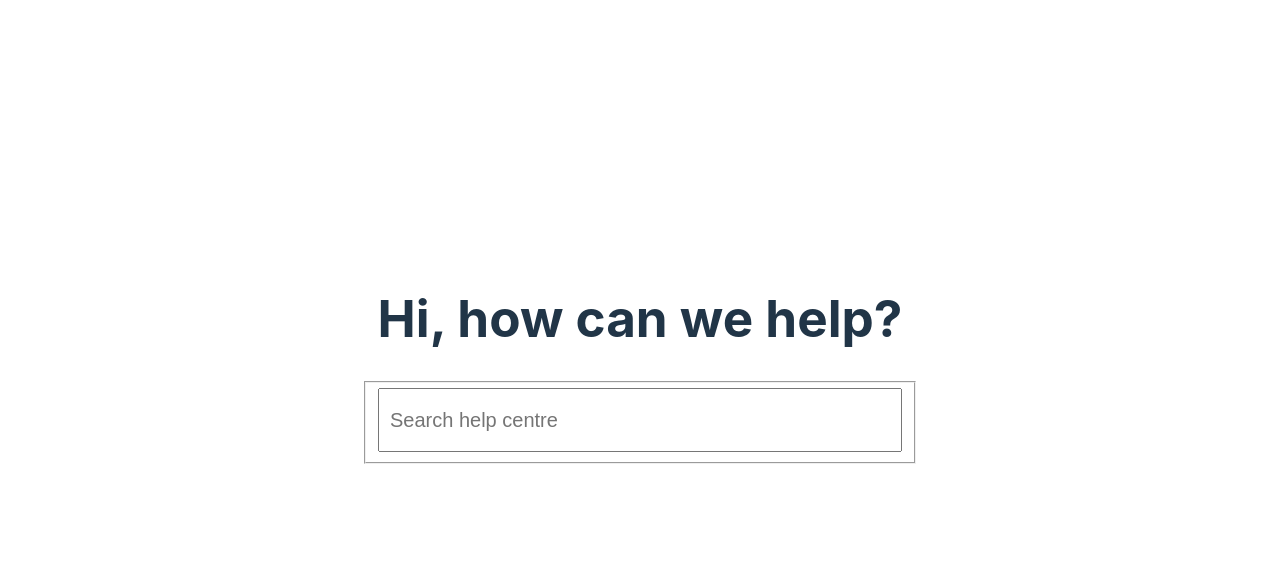
Repository: mukeshghodela-easternts/search-bar-component
Page: /
An editor plug-in stored every save of this project. The page is shown before and after the next save, followed by the edit.
The browser window is 1280 px wide. The pictures show the whole page.
The project was rebuilt for these pictures with package versions that can differ from the ones it lists, and the page was loaded fresh each time. Also part of the build but not shown: vite.config.ts.

Above is the page before, as saved 2023-03-22 14:51:37.

### src/main.tsx
import React from 'react'
import ReactDOM from 'react-dom/client'
import App from './App'
import './index.css'
import {
  createBrowserRouter,
  createRoutesFromElements,
  Route,
  RouterProvider,
} from "react-router-dom";

const router = createBrowserRouter(
  createRoutesFromElements(
    <Route path="/" element={<App />}>
      {/* <Route path="dashboard" element={<Dashboard />} /> */}
    </Route>
  )
);

ReactDOM.createRoot(document.getElementById('root') as HTMLElement).render(
  <React.StrictMode>
    <RouterProvider router={router} />
  </React.StrictMode>,
)

### src/App.tsx
import { useState } from 'react'
import reactLogo from './assets/react.svg'
import viteLogo from '/vite.svg'
import './App.css'
import SearchBar from './components/SearchBar'

function App() {
  const [count, setCount] = useState(0)

  return (
    <div className="App">
      <SearchBar/>
    </div>
  )
}

export default App

### src/App.css
#root {
  max-width: 1280px;
  margin: 0 auto;
  padding: 2rem;
  text-align: center;
}

.logo {
  height: 6em;
  padding: 1.5em;
  will-change: filter;
  transition: filter 300ms;
}
.logo:hover {
  filter: drop-shadow(0 0 2em #646cffaa);
}
.logo.react:hover {
  filter: drop-shadow(0 0 2em #61dafbaa);
}

@keyframes logo-spin {
  from {
    transform: rotate(0deg);
  }
  to {
    transform: rotate(360deg);
  }
}

@media (prefers-reduced-motion: no-preference) {
  a:nth-of-type(2) .logo {
    animation: logo-spin infinite 20s linear;
  }
}

.m-searchWidget input{
  width: 500px;
  height: 40px;
  padding: 10px 10px;
  font-size: 20px;
}

.card {
  padding: 2em;
}

.read-the-docs {
  color: #888;
}

### src/components/SearchBar.tsx
import { SetStateAction, useEffect, useState } from "react"
import questions from '../data/questions'
import { Link } from "react-router-dom";
interface searchRes {
  category: string
  question: string
  link: string
}

function SearchBar() {
    const [inputValue, setInputValue] = useState('')
    const [searchResults, setSearchResults] = useState<searchRes[]>([]);

    const handleInputChange = (event: { target: { value: SetStateAction<string>; }; }) => {
        setInputValue(event.target.value);
        const val = (event.target as HTMLInputElement).value
        if (val != '') {
            let filteredQuestions = questions.filter((obj) => obj?.question.toLowerCase().replace('and', '&').includes(val.toLowerCase().replace('and', '&')) || obj?.category.toLowerCase().replace('and', '&').includes(val.toLowerCase().replace('and', '&')))
            setSearchResults(filteredQuestions as searchRes[])
        } else {
            setSearchResults([])
        }
    };

    const searchItems = (): any => {
      return searchResults.map((el: any, index) => {
        const txtIndex = el.question.toLowerCase().indexOf(inputValue)
        const txtLenght = inputValue.length
        return (
            txtIndex >= 0 ?
            <div className="a-result-link" key={index}>
                <Link to={el.link}>
                    <span className="searchResult">{el.question.slice(0, txtIndex)}
                        <span className="boldText">
                            {el.question.slice(txtIndex,txtIndex + txtLenght)}
                        </span>
                        {el.question.slice(txtIndex + txtLenght)} -
                    </span>
                    <span className="searchCategory desktop-down">{el.category}</span>
                    <span className="searchCategory desktop-up">{el.category}</span>
                </Link>
            </div> :
            <div className="a-result-link" key={index}>
                <Link to={el.link}>
                    <span className="searchResult">{el.question} -</span>
                    <span className="searchCategory desktop-down"> {el.category}</span>
                    <span className="searchCategory desktop-up">{el.category}</span>`
                </Link>
            </div>
        )
      })
    };

    useEffect(() => {
        document.addEventListener('click', (e: any) => {
            if (!e.target.closest('.m-search-results') && !e.target.closest('.m-searchWidget')) {
                setSearchResults([])
            }
        })
    }, [])


    return (
        <div className="full-bleed">
            <div className="o-search-container">
                <h1 className="H1Bold38">Hi, how can we help?</h1>
                <fieldset className="m-searchWidget">
                    <input type="text" placeholder="Search help centre" value={inputValue} onChange={handleInputChange} />
                    <span className="a-searchIcon"></span>
                </fieldset>
                {searchItems().length > 0 && (
                    <div className="m-search-results">
                        <p className="a-result-title PBold14">Top article suggestions</p>
                        { searchItems().map((el: any) => el)    }
                    </div>)
                }
            </div>
        </div>
    )
}

export default SearchBar

Loaded but not shown: index.html (common file); src/index.css (common file); src/data/questions.ts (959 lines, source omitted)

After the next save:
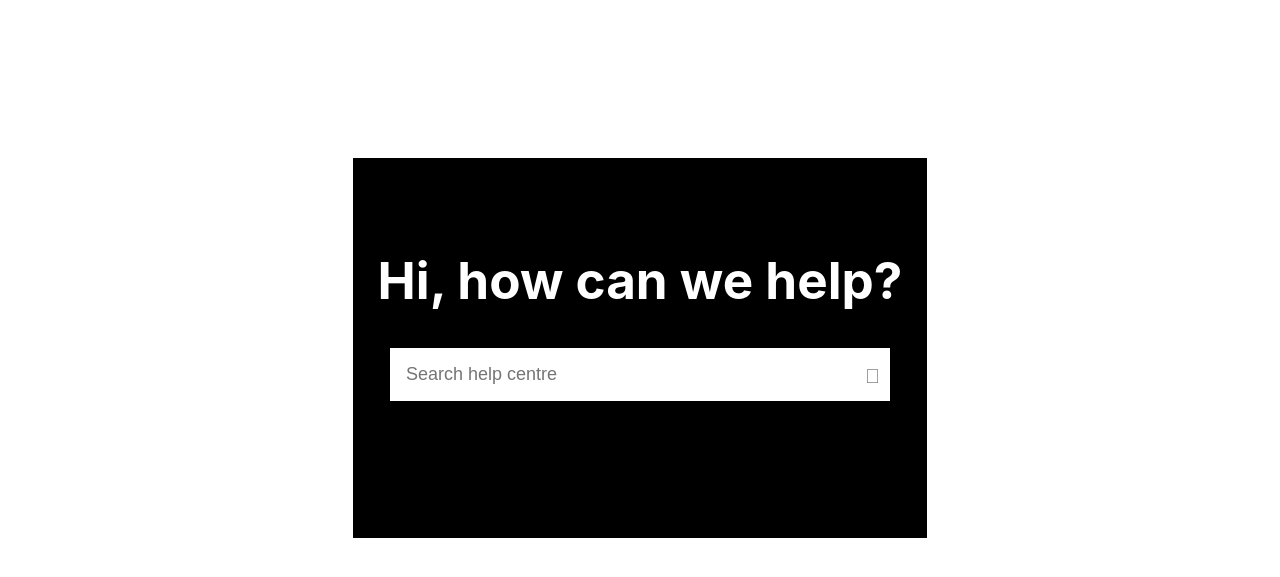
Saved 12 s later.
--- a/src/App.css
+++ b/src/App.css
@@ -33,13 +33,6 @@
   }
 }
 
-.m-searchWidget input{
-  width: 500px;
-  height: 40px;
-  padding: 10px 10px;
-  font-size: 20px;
-}
-
 .card {
   padding: 2em;
 }
@@ -47,3 +40,118 @@
 .read-the-docs {
   color: #888;
 }
+
+.o-search-container {
+  background: black;
+  color: #fff;
+  text-align: center;
+  margin-bottom: 25px;
+  height: 260px;
+  padding: 60px 25px;
+}
+
+.o-search-container h1 {
+  color: #fff;
+  margin-bottom: 40px;
+}
+
+.o-search-container fieldset.m-searchWidget {
+  position: relative;
+  border: none;
+  width: 85vw;
+  max-width: 500px;
+  margin: 0 auto !important;
+  padding: 0;
+}
+
+.o-search-container fieldset.m-searchWidget input {
+  width: 100%;
+  border: none;
+  padding: 16px;
+  box-sizing: border-box;
+  font-size: 18px;
+  font-family: Anko, sans-serif;
+  margin: 0;
+}
+
+.o-search-container fieldset.m-searchWidget span.a-searchIcon {
+  position: absolute;
+  top: 13px;
+  right: 10px;
+  font-size: 20px;
+  font-family: icon-kmart, sans-serif;
+  color: grey;
+}
+
+.o-search-container fieldset.m-searchWidget span.a-searchIcon::after {
+  content: '\e90f';
+}
+
+.o-search-container .m-search-results {
+  position: absolute;
+  background: #fff;
+  z-index: 90;
+  color: black;
+  left: 50%;
+  transform: translateX(-50%);
+  max-height: 300px;
+  max-width: 500px;
+  width: 85vw;
+  margin-top: 3px;
+  overflow-y: scroll;
+  text-align: left;
+  box-shadow: 0px 3px 6px 1px grey;
+  padding: 15px 0;
+}
+
+.o-search-container .m-search-results::-webkit-scrollbar {
+  width: 10px;
+}
+
+.o-search-container .m-search-results::-webkit-scrollbar-thumb {
+  background: darkgrey;
+}
+
+.o-search-container .m-search-results::-webkit-scrollbar-track {
+  background: lightgrey;
+}
+
+.o-search-container .m-search-results .a-result-title {
+  border-bottom: 3px solid lightgrey;
+  padding: 0 15px 15px;
+  color: grey;
+  cursor: default;
+}
+
+.o-search-container .m-search-results .a-result-link {
+  padding: 0 15px 15px;
+}
+
+.o-search-container .m-search-results .a-result-link a>div {
+  display: flex;
+  width: 460px;
+  flex-wrap: nowrap;
+}
+
+.o-search-container .m-search-results .a-result-link a>div span.searchResult {
+  color: black;
+  margin-bottom: 0;
+  margin-top: 0;
+  display: inline-block;
+  text-overflow: ellipsis;
+  overflow: hidden;
+  white-space: nowrap;
+}
+
+.o-search-container .m-search-results .a-result-link a>div span.searchResult span.boldText {
+  font-family: AnkoBold, sans-serif;
+  font-weight: bold;
+}
+
+.o-search-container .m-search-results .a-result-link a>div span.searchCategory {
+  color: grey;
+  display: inline-block;
+  margin-top: 0;
+  margin-left: 5px;
+  white-space: nowrap;
+}
